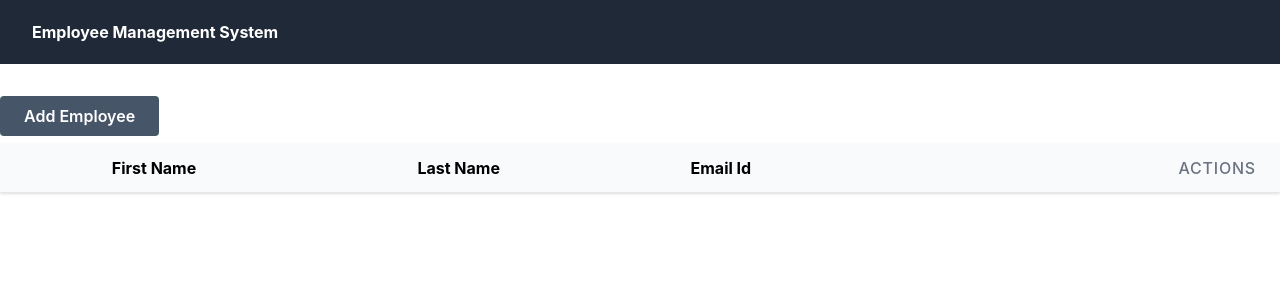
Repository: Atanu484/Full-Stack-Employee-Management-System
Page: / (app in employee-system-frontend/)
An editor plug-in stored every save of this project. The page is shown before and after the next save, followed by the edit.
The browser window is 1280 px wide. The pictures show the whole page.
The project was rebuilt for these pictures with package versions that can differ from the ones it lists, and the page was loaded fresh each time. Also part of the build but not shown: employee-system-frontend/src/App.css, employee-system-frontend/src/services/EmployeeService.js, employee-system-frontend/src/components/AddEmployee.js.

Above is the page before, as saved 2022-08-15 02:15:13.

After the next save:
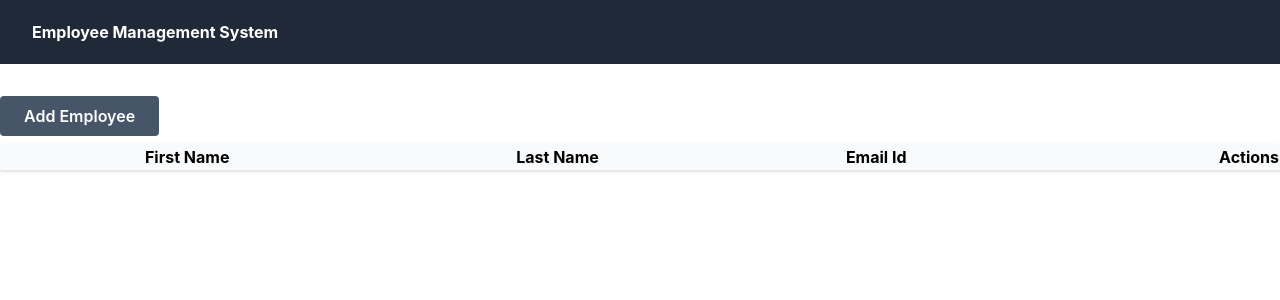
Saved 25 s later.
--- a/employee-system-frontend/src/components/EmployeeList.js
+++ b/employee-system-frontend/src/components/EmployeeList.js
@@ -22,7 +22,7 @@ const EmployeeList = () => {
                             <th>
                                 Email Id
                             </th>
-                            <th className="text-right font-medium text-gray-500 uppercase tracking-wider py-3 px-6">
+                            <th className="text-right">
                                 Actions
                             </th>
                         </tr>
